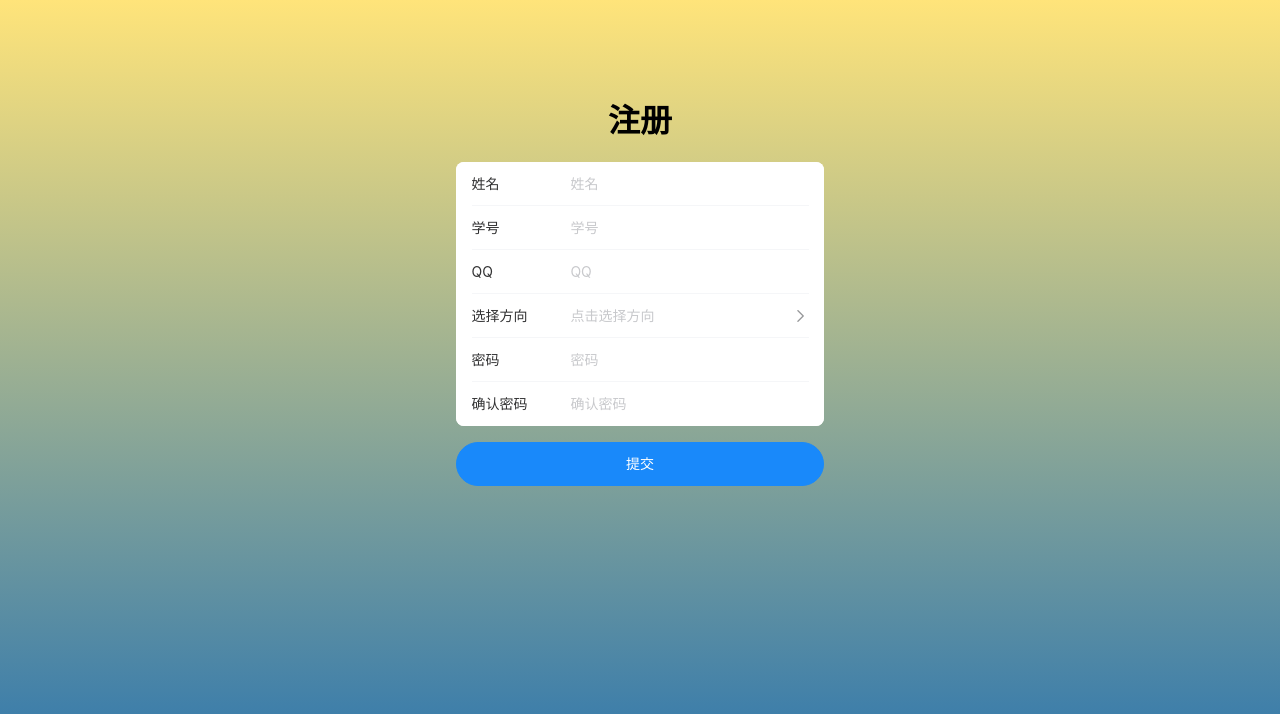
Repository: Qwenicq/new_sys
Page: /register (app in new-syws/)
These files come from the project's save history. The page is drawn as it stood at one moment and after the next save; the edit follows.
The browser window is 1280 px wide. The pictures show the whole page.
The project was rebuilt for these pictures with package versions that can differ from the ones it lists, and the page was loaded fresh each time. Also part of the build but not shown: new-syws/vite.config.js, new-syws/src/components/user.vue.

Above is the page before, as saved 2024-01-27 13:29:28.

After the next save:
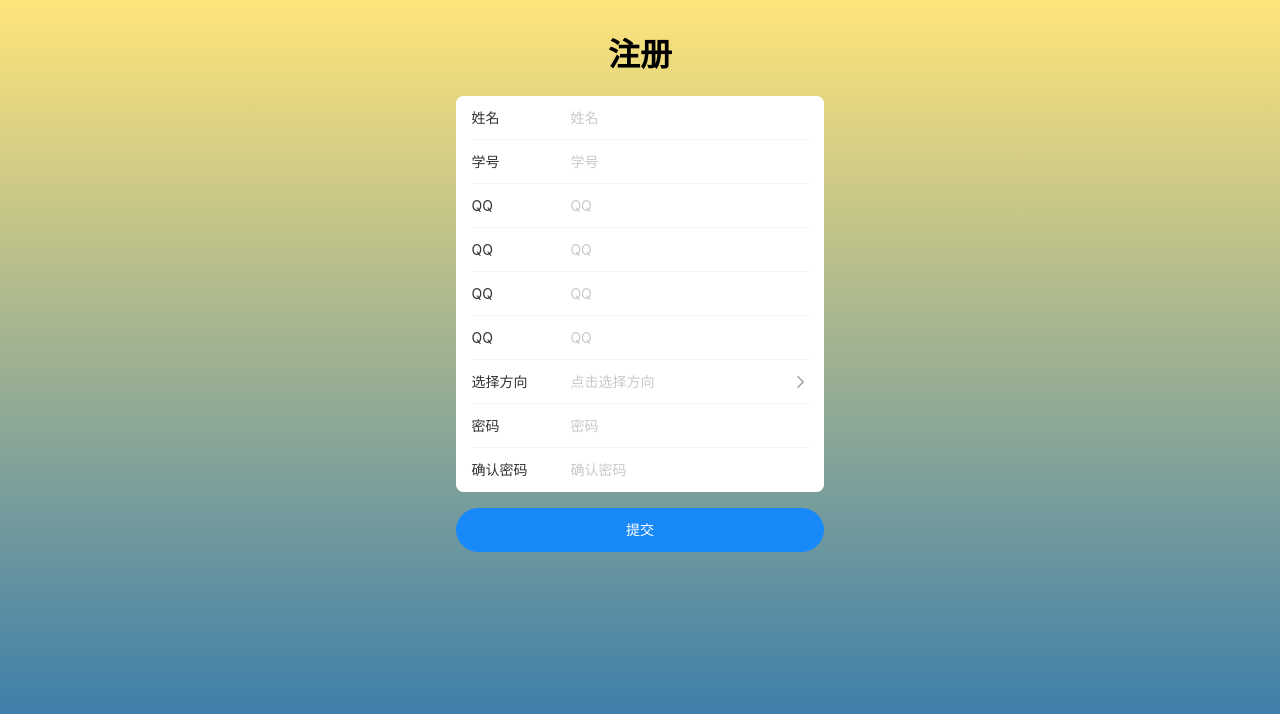
Saved 9 s later.
--- a/new-syws/src/views/register/RegisterPage.vue
+++ b/new-syws/src/views/register/RegisterPage.vue
@@ -59,7 +59,28 @@
             placeholder="QQ"
             :rules="[{ required: true, message: '请填写QQ' }]"
           />
-
+          <van-field
+            v-model="formModel.QQ"
+            type="number"
+            name="QQ"
+            label="QQ"
+            placeholder="QQ"
+            :rules="[{ required: true, message: '请填写QQ' }]"
+          /><van-field
+            v-model="formModel.QQ"
+            type="number"
+            name="QQ"
+            label="QQ"
+            placeholder="QQ"
+            :rules="[{ required: true, message: '请填写QQ' }]"
+          /><van-field
+            v-model="formModel.QQ"
+            type="number"
+            name="QQ"
+            label="QQ"
+            placeholder="QQ"
+            :rules="[{ required: true, message: '请填写QQ' }]"
+          />
           <van-field
             v-model="formModel.Direction"
             is-link
